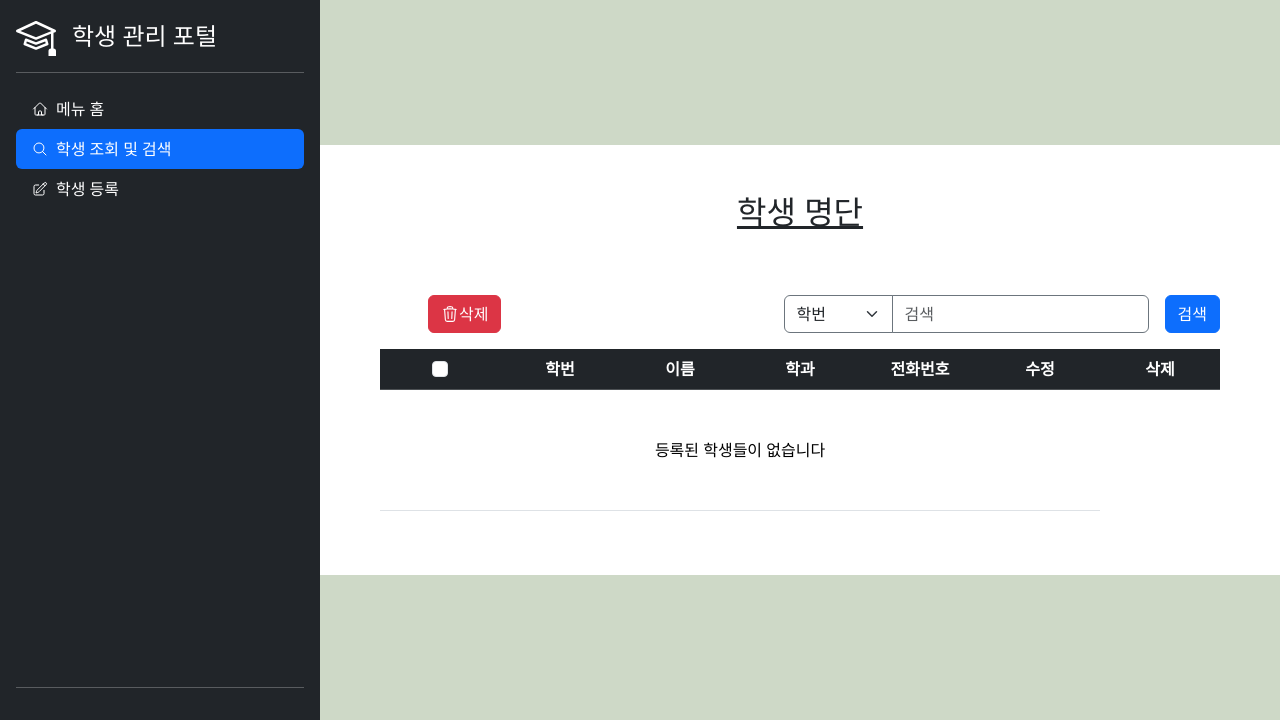
Repository: invisibleufo101/StudentManagementWeb
Page: http://localhost/HSW_Web/browseStudents.do
The author's editor kept a copy of each file at every save. The page is drawn from the files as they stood at one save, then again after the next save.
The browser window is 1280 px wide. The pictures show the whole page.
The page is served by Tomcat 9. Queries for data that is not in the repository find no rows.

Above is the page before, as saved 2024-09-25 12:10:33.

After the next save:
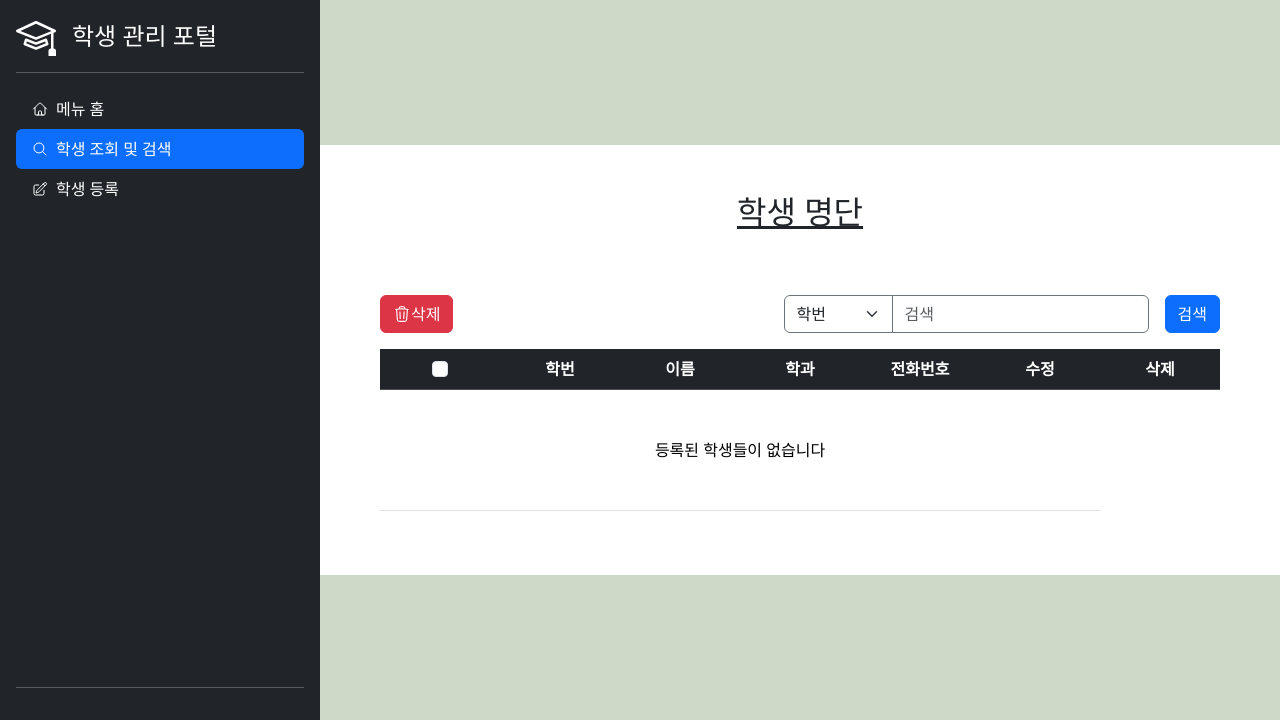
Saved 44 s later.
--- a/HSW_Web/src/main/java/com/university/controller/BrowseStudentsServlet.java
+++ b/HSW_Web/src/main/java/com/university/controller/BrowseStudentsServlet.java
@@ -157,7 +157,7 @@ public class BrowseStudentsServlet extends HttpServlet {
 
 		// 학생 대량 삭제 버튼
 		out.println("<div class='me-auto col-auto'>");
-		out.println("<button class='btn btn-danger d-flex align-items-center justify-content-between ms-5' type='submit' name='action' value='delete'>");
+		out.println("<button class='btn btn-danger d-flex align-items-center justify-content-between' type='submit' name='action' value='delete'>");
 		out.println("<svg xmlns='http://www.w3.org/2000/svg' fill='none' viewBox='0 0 24 24' stroke-width='1.5' stroke='currentColor' height='18' width='18'>");
 		out.println("<path stroke-linecap='round' stroke-linejoin='round' d='m14.74 9-.346 9m-4.788 0L9.26 9m9.968-3.21c.342.052.682.107 1.022.166m-1.022-.165L18.16 19.673a2.25 2.25 0 0 1-2.244 2.077H8.084a2.25 2.25 0 0 1-2.244-2.077L4.772 5.79m14.456 0a48.108 48.108 0 0 0-3.478-.397m-12 .562c.34-.059.68-.114 1.022-.165m0 0a48.11 48.11 0 0 1 3.478-.397m7.5 0v-.916c0-1.18-.91-2.164-2.09-2.201a51.964 51.964 0 0 0-3.32 0c-1.18.037-2.09 1.022-2.09 2.201v.916m7.5 0a48.667 48.667 0 0 0-7.5 0' />");
 		out.println("</svg>");
